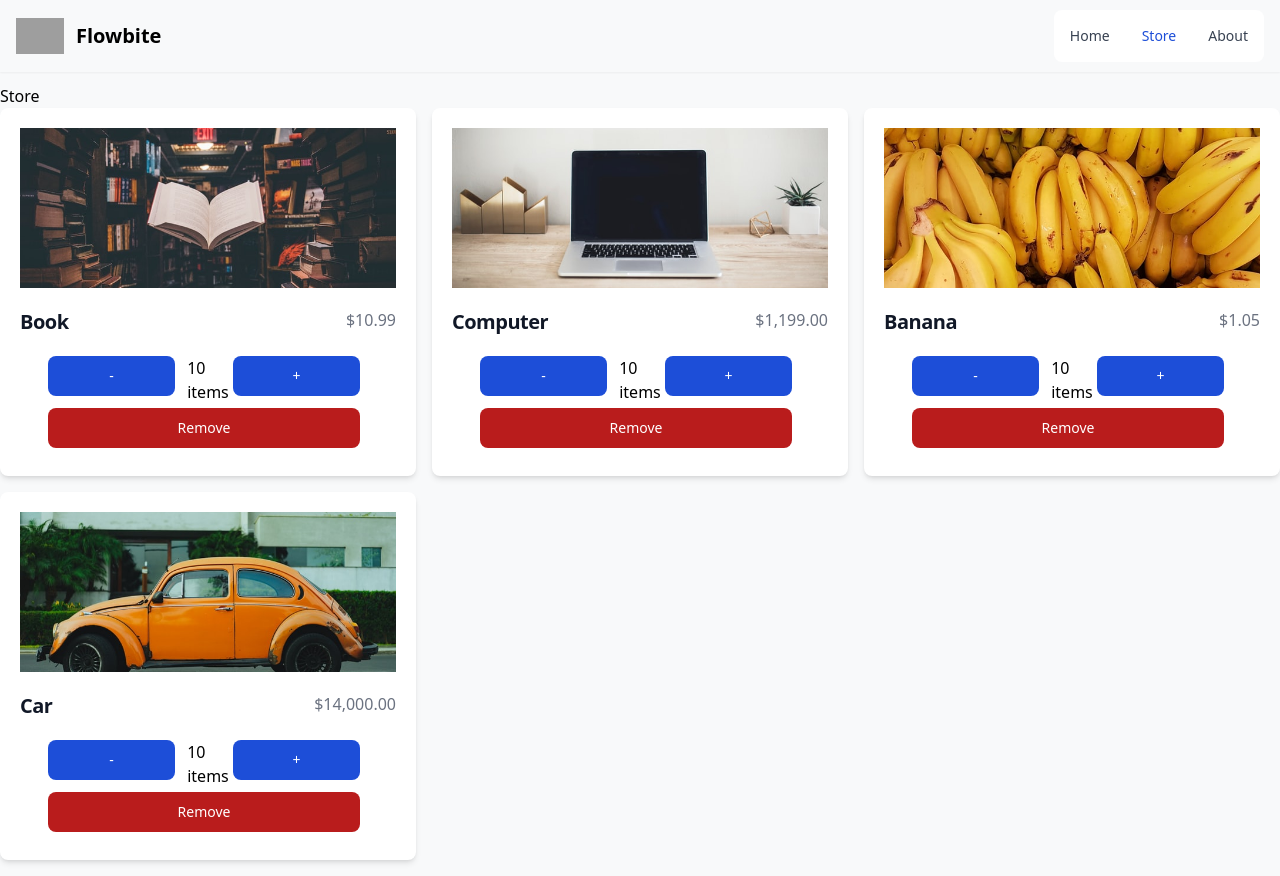
Repository: ducanhaep/react-ts-shopping-cart
Page: /store, after clicking the first element matching `button.text-white`
An editor plug-in stored every save of this project. The page is shown before and after the next save, followed by the edit.
The browser window is 1280 px wide. The pictures show the whole page.
Pictures or frames that could not be fetched are drawn as grey boxes. The project was rebuilt for these pictures with package versions that can differ from the ones it lists, and the page was loaded fresh each time. Also part of the build but not shown: vite.config.ts, src/pages/About.js, src/pages/Home.js.

Above is the page before, as saved 2023-01-11 20:06:32.

### src/App.tsx
import { Routes, Route } from "react-router-dom";
import { About } from "./pages/About";
import { Home } from "./pages/Home";
import { Store } from "./pages/Store";
import { Navbar } from "./components/Navbar";
function App() {
  return (
    <>
      <Navbar />
      <div className="container mb-4">
        <Routes>
          <Route path="/" element={<Home />} />
          <Route path="/store" element={<Store />} />
          <Route path="/about" element={<About />} />
        </Routes>
      </div>
    </>
  );
}

export default App;

### src/index.css
@tailwind base;
@tailwind components;
@tailwind utilities;
:root {
  font-synthesis: none;
  text-rendering: optimizeLegibility;
  -webkit-font-smoothing: antialiased;
  -moz-osx-font-smoothing: grayscale;
  -webkit-text-size-adjust: 100%;
}

/* Box sizing rules */
*,
*::before,
*::after {
  box-sizing: border-box;
}

/* Remove default margin */
body,
h1,
h2,
h3,
h4,
p,
figure,
blockquote,
dl,
dd {
  margin: 0;
}

/* Remove list styles on ul, ol elements with a list role, which suggests default styling will be removed */
ul[role="list"],
ol[role="list"] {
  list-style: none;
}

/* Set core root defaults */
html:focus-within {
  scroll-behavior: smooth;
}

/* Set core body defaults */
body {
  min-height: 100vh;
  text-rendering: optimizeSpeed;
  line-height: 1.5;
  background-color: #f8f9fa;
}

input,
button,
textarea,
select {
  font: inherit;
}

### src/pages/Store.tsx
import { StoreItem } from "../components/StoreItem";
import storeItems from "../data/items.json";
export function Store() {
  return (
    <>
      <h1>Store</h1>
      <div className="grid grid-cols-1 md:grid-cols-3 2xl:grid-cols-4 gap-8 md:gap-4">
        {storeItems.map((item) => (
          <StoreItem {...item} key={item.id} />
        ))}
      </div>
    </>
  );
}

### src/components/Navbar.tsx
import { Link, NavLink } from "react-router-dom";
import { BsFillCartFill } from "react-icons/bs";

export function Navbar() {
  return (
    <div className="shadow-sm mb-3">
      <nav className="containerbg-white border-gray-200 px-2 sm:px-4 py-2.5 rounded dark:bg-gray-900">
        <div className="container flex flex-wrap items-center justify-between mx-auto">
          <a href="#" className="flex items-center">
            <img
              src="https://flowbite.com/docs/images/logo.svg"
              className="h-6 mr-3 sm:h-9"
              alt="Flowbite Logo"
            />
            <span className="self-center text-xl font-semibold whitespace-nowrap dark:text-white">
              Flowbite
            </span>
          </a>
          <button
            data-collapse-toggle="navbar-default"
            type="button"
            aria-controls="navbar-default"
            aria-expanded="false"
            className="relative md:hidden text-blue-700 hover:text-white border border-blue-700 hover:bg-blue-800 focus:outline-none  font-medium rounded-lg text-sm px-5 py-2.5 text-center mr-2 mb-2"
          >
            <BsFillCartFill />
            <div className="absolute inline-flex items-center justify-center w-6 h-6 text-xs font-bold text-white bg-red-500 border-2 border-white rounded-full -top-2 -right-2 dark:border-gray-900">
              20
            </div>
          </button>
          <div className="hidden w-full md:block md:w-auto" id="navbar-default">
            <ul className="flex flex-col p-4 mt-4 border border-gray-100 rounded-lg bg-gray-50 md:flex-row md:space-x-8 md:mt-0 md:text-sm md:font-medium md:border-0 md:bg-white dark:bg-gray-800 md:dark:bg-gray-900 dark:border-gray-700">
              <li>
                <NavLink
                  to="/"
                  className={({ isActive }) =>
                    isActive
                      ? "text-white bg-blue-700 rounded md:bg-transparent md:text-blue-700 md:p-0 dark:text-white"
                      : "block py-2 pl-3 pr-4 text-gray-700 rounded hover:bg-gray-100 md:hover:bg-transparent md:border-0 md:hover:text-blue-700 md:p-0 dark:text-gray-400 md:dark:hover:text-white dark:hover:bg-gray-700 dark:hover:text-white md:dark:hover:bg-transparent"
                  }
                  aria-current="page"
                >
                  Home
                </NavLink>
              </li>
              <li>
                <NavLink
                  to="store"
                  className={({ isActive }) =>
                    isActive
                      ? "text-white bg-blue-700 rounded md:bg-transparent md:text-blue-700 md:p-0 dark:text-white"
                      : "block py-2 pl-3 pr-4 text-gray-700 rounded hover:bg-gray-100 md:hover:bg-transparent md:border-0 md:hover:text-blue-700 md:p-0 dark:text-gray-400 md:dark:hover:text-white dark:hover:bg-gray-700 dark:hover:text-white md:dark:hover:bg-transparent"
                  }
                >
                  Store
                </NavLink>
              </li>
              <li>
                <NavLink
                  to="about"
                  className={({ isActive }) =>
                    isActive
                      ? "text-white bg-blue-700 rounded md:bg-transparent md:text-blue-700 md:p-0 dark:text-white"
                      : "block py-2 pl-3 pr-4 text-gray-700 rounded hover:bg-gray-100 md:hover:bg-transparent md:border-0 md:hover:text-blue-700 md:p-0 dark:text-gray-400 md:dark:hover:text-white dark:hover:bg-gray-700 dark:hover:text-white md:dark:hover:bg-transparent"
                  }
                >
                  About
                </NavLink>
              </li>
            </ul>
          </div>
        </div>
      </nav>
    </div>
  );
}

### src/components/StoreItem.tsx
import { Link } from "react-router-dom";
import { formatCurrency } from "../utilities/formatCurrency";

interface StoreItemProps {
  id: number;
  name: string;
  price: number;
  imgUrl: string;
}
export function StoreItem({ id, name, price, imgUrl }: StoreItemProps) {
  const quantity: number = 1;
  return (
    <div className="w-full bg-white rounded-lg shadow-md">
      <div className="">
        <Link to="#">
          <img
            src={imgUrl}
            alt="imgUrl"
            className="rounded-t-lg p-5 object-cover h-[200px] w-full"
          />
        </Link>
      </div>
      <div className="flex flex-col px-5">
        <div className="flex justify-between">
          <Link to="#">
            <h5 className="text-xl font-semibold tracking-tight text-gray-900">
              {name}
            </h5>
          </Link>
          <p className="text-gray-500 font-medium">{formatCurrency(price)}</p>
        </div>
        <div className="flex justify-center py-5">
          {quantity === 0 ? (
            <button
              type="button"
              className="text-white w-full bg-blue-700 hover:bg-blue-800 font-medium rounded-lg text-sm px-5 py-2.5 mr-2 mb-2 "
            >
              + Add To Cart
            </button>
          ) : (
            <div className="flex flex-col justify-center gap-1 w-80">
              <div className="flex justify-center gap-1">
                <button
                  type="button"
                  className="text-white w-full bg-blue-700 hover:bg-blue-800 font-medium rounded-lg text-sm px-5 py-2.5 mr-2 mb-2 "
                >
                  -
                </button>
                <p className="basic-full">10 items</p>
                <button
                  type="button"
                  className="text-white w-full bg-blue-700 hover:bg-blue-800 font-medium rounded-lg text-sm px-5 py-2.5 mr-2 mb-2 "
                >
                  +
                </button>
              </div>
              <button
                type="button"
                className="focus:outline-none text-white bg-red-700 hover:bg-red-800 font-medium rounded-lg text-sm px-5 py-2.5 mr-2 mb-2"
              >
                Remove
              </button>
            </div>
          )}
        </div>
      </div>
    </div>
  );
}

### src/data/items.json
[
	{
		"id": 1,
		"name": "Book",
		"price": 10.99,
		"imgUrl": "/imgs/book.jpg"
	},
	{
		"id": 2,
		"name": "Computer",
		"price": 1199,
		"imgUrl": "/imgs/computer.jpg"
	},
	{
		"id": 3,
		"name": "Banana",
		"price": 1.05,
		"imgUrl": "/imgs/banana.jpg"
	},
	{
		"id": 4,
		"name": "Car",
		"price": 14000,
		"imgUrl": "/imgs/car.jpg"
	}
]

### tailwind.config.cjs
/** @type {import('tailwindcss').Config} */
module.exports = {
  content: ["./index.html", "./src/**/*.{js,ts,jsx,tsx}"],
  theme: {
    container: {
      center: true,
    },
    extend: {
      colors: {
        "light-color": "#f8f9fa",
      },
    },
  },
  plugins: [],
};

Loaded but not shown: index.html (common file); src/main.tsx (common file); src/utilities/formatCurrency.ts (common file)

After the next save:
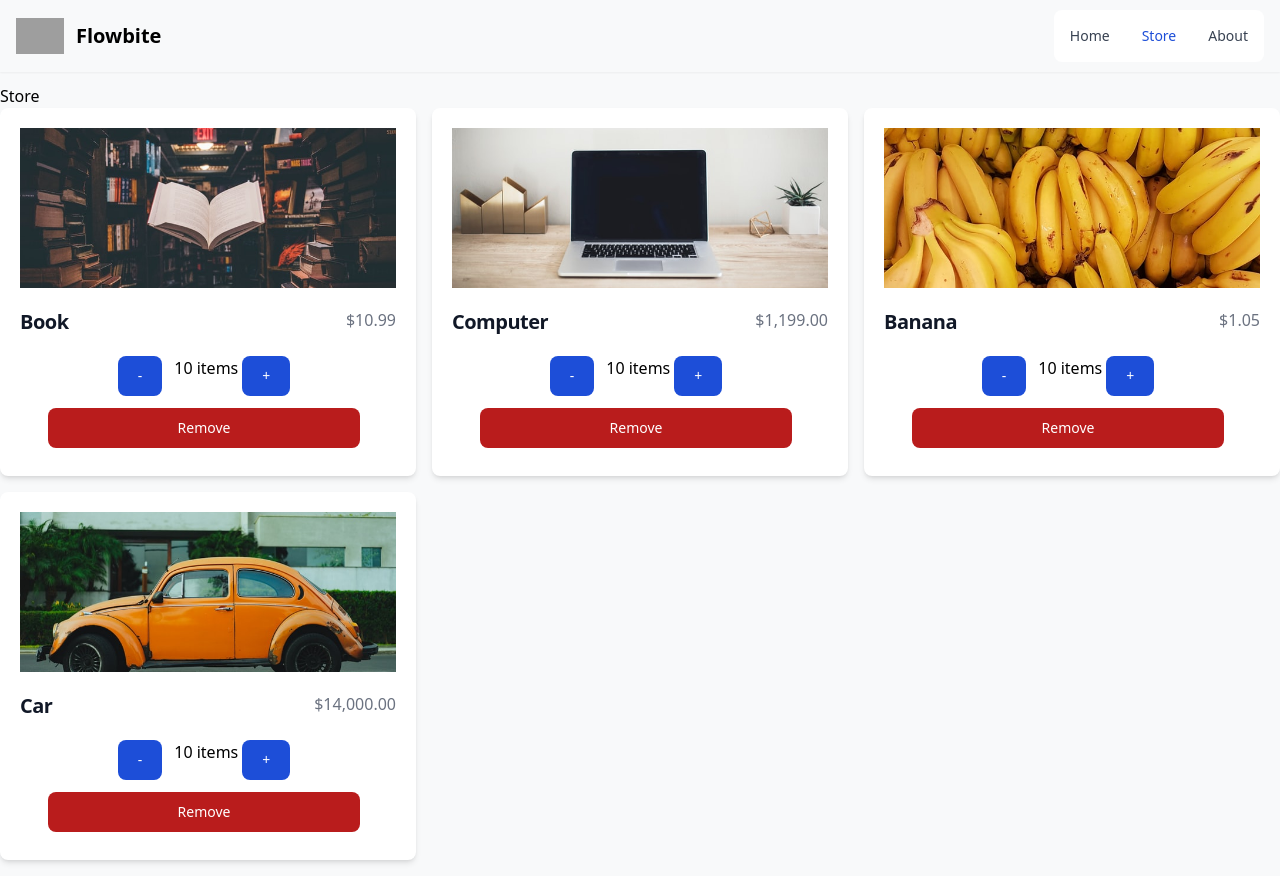
Saved 68 s later.
--- a/src/components/StoreItem.tsx
+++ b/src/components/StoreItem.tsx
@@ -42,14 +42,14 @@ export function StoreItem({ id, name, price, imgUrl }: StoreItemProps) {
               <div className="flex justify-center gap-1">
                 <button
                   type="button"
-                  className="text-white w-full bg-blue-700 hover:bg-blue-800 font-medium rounded-lg text-sm px-5 py-2.5 mr-2 mb-2 "
+                  className="text-white bg-blue-700 hover:bg-blue-800 font-medium rounded-lg text-sm px-5 py-2.5 mr-2 mb-2 "
                 >
                   -
                 </button>
                 <p className="basic-full">10 items</p>
                 <button
                   type="button"
-                  className="text-white w-full bg-blue-700 hover:bg-blue-800 font-medium rounded-lg text-sm px-5 py-2.5 mr-2 mb-2 "
+                  className="text-white bg-blue-700 hover:bg-blue-800 font-medium rounded-lg text-sm px-5 py-2.5 mr-2 mb-2 "
                 >
                   +
                 </button>
